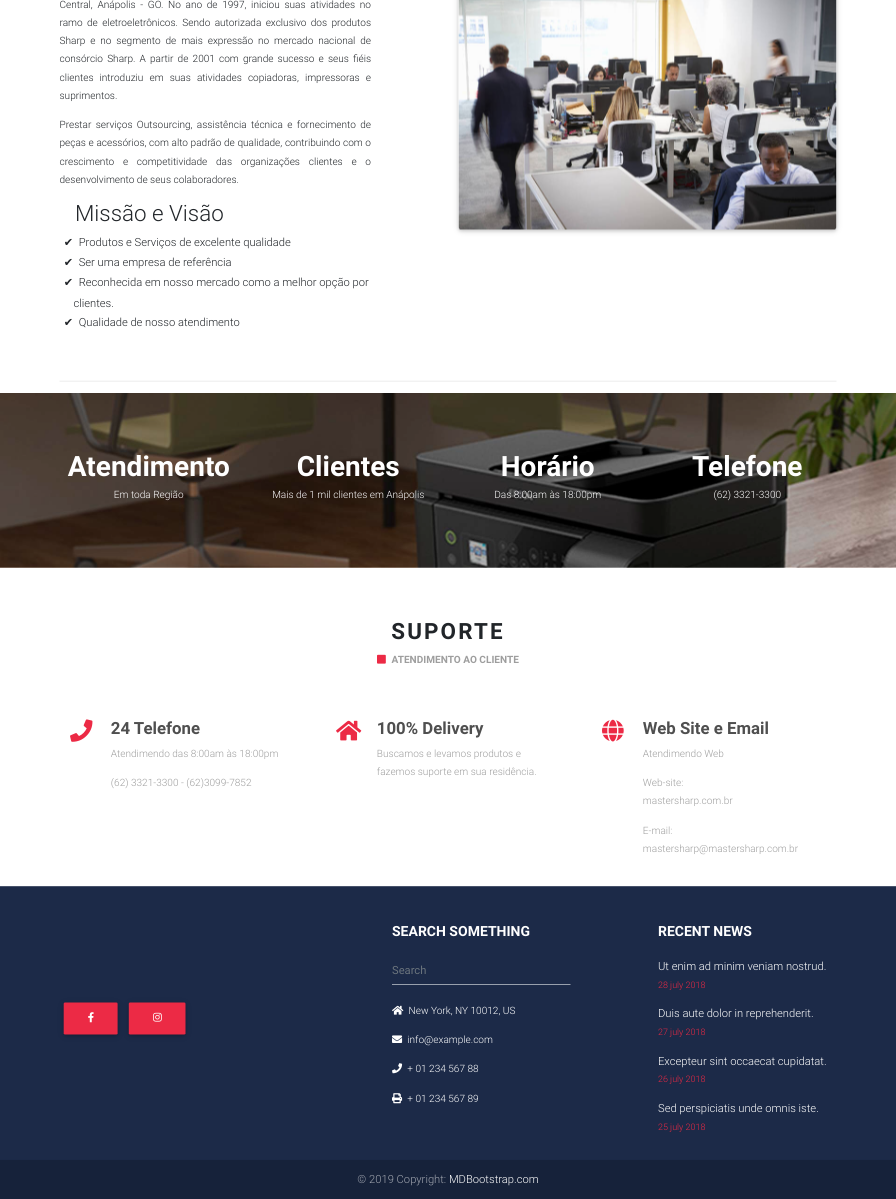
Repository: SalomaoMiguel/mastshap
Page: html/index.html
The author's editor kept a copy of each file at every save. The page is drawn from the files as they stood at one save, then again after a run of saves.
The browser window is 1280 px wide. The pictures show the part of the page from y = 1580 to 3500 px (the page is 3293 px tall before and 3500 px after), at 70% of full size.
Some web libraries are served in a nearby version.

Above is the page before, as saved 2021-02-17 15:32:21.

### html/index.html
<!DOCTYPE html>
<html lang="pt-br">

<head>
  <meta charset="utf-8">
  <meta name="viewport" content="width=device-width, initial-scale=1, shrink-to-fit=no">
  <meta http-equiv="x-ua-compatible" content="ie=edge">
  <title>Master Sharp</title>
  <!-- Font Awesome -->
  <link rel="stylesheet" href="https://use.fontawesome.com/releases/v5.8.2/css/all.css">
  <!-- Bootstrap core CSS -->
  <link href="../css/bootstrap.min.css" rel="stylesheet">
  <!-- Material Design Bootstrap -->
  <link href="../css/mdb.min.css" rel="stylesheet">
  <style>
    html,
        body,
        header,
        .jarallax {
          height: 100%;
        }

        @media (min-width: 560px) and (max-width: 740px) {
          html,
          body,
          header,
          .jarallax {
            height: 500px;
          }
        }

        @media (min-width: 800px) and (max-width: 850px) {
            html,
            body,
            header,
            .jarallax {
              height: 600px;
            }
        }

        @media (min-width: 800px) and (max-width: 850px) {
            .navbar:not(.top-nav-collapse) {
                background: #24355c!important;
            }
            .navbar {
              box-shadow: 0 2px 5px 0 rgba(0,0,0,.16), 0 2px 10px 0 rgba(0,0,0,.12) !important;
            }
        }
    </style>
</head>

<body class="intro-page transport-lp">

  <!--Navigation & Intro-->
  <header>

    <!--Navbar-->
    <nav class="navbar fixed-top navbar-expand-lg navbar-dark scrolling-navbar" style="background-color: #f7f7f7!important;">
      <div class="container">
        <a class="navbar-brand" href="#"><img src="../imga/logo/logomastersharp.png" class="img-fluid  " alt="My photo"></a>
        <button class="navbar-toggler" type="button" data-toggle="collapse" data-target="#navbarSupportedContent"
          aria-controls="navbarSupportedContent" aria-expanded="false" aria-label="Toggle navigation">
          <span class="navbar-toggler-icon"></span>
        </button>
        <div class="collapse navbar-collapse " id="navbarSupportedContent">
          <!--Links-->
          <ul class="navbar-nav mr-auto ml-auto smooth-scroll ">
            <li class="nav-item">
              <a class="nav-link text-muted" href="#home">Início <span class="sr-only">(current)</span></a>
            </li>

            <li class="nav-item">
              <a class="nav-link text-muted" href="#about" data-offset="100">Quem Somos</a>
            </li>
            <li class="nav-item">
              <a class="nav-link text-muted" href="#services" data-offset="30">Soluções</a>
            </li>
            <li class="nav-item">
              <a class="nav-link text-muted" href="#features" data-offset="100">Parceiros</a>
            </li>
            <li class="nav-item">
              <a class="nav-link text-muted" href="#suport" data-offset="100">Suporte</a>
            </li>
            <li class="nav-item">
              <a class="nav-link text-muted" href="#contact" data-offset="30">Contato</a>
            </li>
          </ul>

          <!--Social Icons-->
          <ul class="navbar-nav nav-flex-icons">
            <li class="nav-item">
              <a class="nav-link" href="https://api.whatsapp.com/send?phone=5562991729598&#038;text=Gostaria de informações sobre a Master Sharp" target="_blank" rel="noopener noreferrer"><i class="fab fa-whatsapp text-success"> (62) 99172-9598</i></a>
            </li>
            <li class="nav-item">
              <a class="nav-link" href="https://api.whatsapp.com/send?phone=5562993291564&#038;text=Gostaria de informações sobre a Master Sharp" target="_blank" rel="noopener noreferrer" ><i class="fab fa-whatsapp text-success"> (62) 99329-1564</i></a>
            </li>
          </ul>
        </div>
      </div>
    </nav>
    <!--/Navbar-->

    <!-- Intro Section -->
    <div id="home" class="view jarallax" data-jarallax='{"speed": 0.2}' style="background-image: url('../imga/back/impressorapeople.png'); background-repeat: no-repeat; background-size: cover; background-position: center center;">
      <div class="mask rgba-black-light">
        <div class="container h-100 d-flex justify-content-center align-items-center">
          <div class="row smooth-scroll">
            <div class="col-md-12 white-text text-center">
              <div class="wow fadeInDown" data-wow-delay="0.2s">
                <h1 class="display-4 text-uppercase rgba-black-light px-3 py-2"><strong class="font-weight-bold">Master Sharp sempre inovando.</strong></h1>
                <h5 class="white-text mt-5"></h5>
                <h2 class="white-text text-uppercase h2-responsive font-weight-bold mb-5 mt-4"> Oferecendo assim a melhor solução para redução de custos.</h2>
                <a href="https://api.whatsapp.com/send?phone=5562993291564&#038;text=Gostaria de informações sobre a Master Sharp" target="_blank" rel="noopener noreferrer" data-offset="100" class="btn btn-success btn-rounded"><i class="fab fa-whatsapp text-white" style="font-size: 18px;"> <span class="text-white"> </span></i> &nbsp; Fale conosco</a>
              </div>
            </div>
          </div>
        </div>
      </div>
    </div>

  </header>
  <!--/Navigation & Intro-->

  <!--Main content-->
  <main>

    <!--First container-->
    <div class="container-fluid background-z">
      <div class="container">

        <!--Section: Possibilities-->
        <section class="py-4">

          <!--Secion heading-->
          <h2 id="services" class="text-center text-uppercase font-weight-bold mt-5 pt-4 spacing wow fadeIn" data-wow-delay="0.2s"><strong>Soluções</strong></h2>

          <!--Section description-->
          <p class="text-center text-uppercase font-weight-bold grey-text mb-5 pb-3 wow fadeIn" data-wow-delay="0.2s"><i
              class="fas fa-square red-text-2 mr-2" aria-hidden="true"></i> Nossos Serviços</p>

          <!--First row-->
          <div class="row mb-5 wow fadeIn" data-wow-delay="0.4s">

            <div class="col-lg-3 col-md-6 text-center pt-1">
              <div class="icon-area">
                <div class="circle-icon">
                  <i class="fas fa-print"></i>
                </div>
                <br>
                <strong>Locação de Impressoras</strong>
                <p>Soluções Corporativas em impressão e cópias..</p>
              </div>
            </div>

            <div class="col-lg-3 col-md-6 text-center pt-1">
              <div class="icon-area">
                <div class="circle-icon">
                  <i class="fas fa-print"></i>
                </div>
                <br>
                <strong>Manutenção de Impressoras</strong>
                <p>Equipe de Assistência Técnica altamente qualificada, jovem mas competente e com vasta experiência no seu segmento de atuação.</p>
              </div>
            </div>

            <div class="col-lg-3 col-md-6 text-center pt-1">
              <div class="icon-area">
                <div class="circle-icon">
                  <i class="fas fa-print"></i>
                </div>
                <br>
                <strong>Toners e Recargas</strong>
                <p>Somos especializados em recarga de toners. Oferecemos a sua empresa um serviço de qualidade por um preço acessível.</p>
              </div>
            </div>

            <div class="col-lg-3 col-md-6 text-center pt-1">
              <div class="icon-area">
                <div class="circle-icon">
                  <i class="fas fa-print"></i>
                </div>
                <br>
                <strong>Vendas de Impressoras</strong>
                <p>Sharp, Brother, Samsung, Ricoh, HP, Epson e muito mais. Impressoras de varios modelos.</p>
              </div>
            </div>

          </div>
          <!--/First row-->

        </section>
        <!--/Section: Possibilities-->

      </div>
    </div>
    <!--/First container-->

    <!--Second container-->
    <div class="container">

      <!--Section: About-->
      <section id="about" class="about my-5">

        <!--Secion heading-->
        <h2 class="text-center text-uppercase font-weight-bold mt-5 pt-4 pt-4 spacing wow fadeIn" data-wow-delay="0.2s"><strong>Quem Somos</strong></h2>

        <!--Section description-->
        <p class="text-center text-uppercase font-weight-bold grey-text mb-5 pb-3 wow fadeIn" data-wow-delay="0.2s"><i
            class="fas fa-square red-text-2 mr-2" aria-hidden="true"></i>A Master Sharp</p>

        <!--First row-->
        <div class="row">

          <!--First column column-->
          <div class="col-xl-5 col-lg-6 pb-1 wow fadeIn" data-wow-delay="0.4s">

            <!--Description-->
            <p align="justify">A Master Sharp, situada na Rua Quinze de Dezembro n 638 - Setor Central, Anápolis - GO. No ano de 1997, iniciou suas atividades no ramo de eletroeletrônicos. Sendo autorizada exclusivo dos produtos Sharp e no segmento de mais expressão no mercado nacional de consórcio Sharp. A partir de 2001 com grande sucesso e seus fiéis clientes introduziu em suas atividades copiadoras, impressoras e suprimentos.
            </p>

            <p align="justify">Prestar serviços Outsourcing, assistência técnica e fornecimento de peças e acessórios, com alto padrão de qualidade, contribuindo com o crescimento e competitividade das organizações clientes e o desenvolvimento de seus colaboradores.</p>

            <ul>
              <h2> Missão e Visão</h2>
              <li>Produtos e Serviços de excelente qualidade</li>
              <li>Ser uma empresa de referência</li>
              <li>Reconhecida em nosso mercado como a melhor opção por clientes.</li>
              <li>Qualidade de nosso atendimento</li>
            </ul>

          </div>
          <!--/First column-->

          <!--Column column-->
          <div class="col-xl-6 ml-lg-auto col-lg-6 mb-5 wow fadeIn" data-wow-delay="0.4s">

            <!--Image-->
            <img src="../imga/back/officess.jpg" class="img-fluid rounded z-depth-1"
              alt="My photo">

          </div>
          <!--/Column column-->

        </div>
        <!--/First row-->

      </section>
      <!--/Section: About-->

      <hr>

      <!--Section: Services-->

      <!--/Section: Services-->

    </div>
    <!--/Second container-->

    <!--Streak-->
    <div class="streak streak-photo" style="background-image:url('../imga/back/epson.jpg')">
      <div class="mask flex-center rgba-black-light">
        <div class="container">

          <!--First row -->
          <div class="row text-white text-center wow fadeIn" data-wow-delay="0.2s">

            <!--First column -->
            <div class="col-md-3 mb-2">
              <h1 class="white-text mb-1 font-weight-bold"><strong>Atendimento</strong></h1>
              <p>Em toda Região</p>
            </div>
            <!-- First column -->

            <!--Second column -->
            <div class="col-md-3 mb-2">
              <h1 class="white-text mb-1 font-weight-bold"><strong>Clientes</strong></h1>
              <p>Mais de 1 mil clientes em Anápolis</p>
            </div>
            <!-- Second column -->

            <!--Third column -->
            <div class="col-md-3 mb-2">
              <h1 class="white-text mb-1 font-weight-bold"><strong>Horário</strong></h1>
              <p>Das 8:00am às 18:00pm</p>
            </div>
            <!-- Third column -->

            <!--Fourth column -->
            <div class="col-md-3">
              <h1 class="white-text mb-1 font-weight-bold"><strong>Telefone</strong></h1>
              <p>(62) 3321-3300</p>
            </div>
            <!-- Fourth column -->

          </div>
          <!-- First row -->
        </div>
      </div>
    </div>
    <!--/Streak-->

    <!--Third container-->
    <div class="container">

      <!--Section: Features v.4-->
      <section id="suport" class="feature-box">

        <!--Secion heading-->
        <h2 class="text-center text-uppercase font-weight-bold mt-5 pt-4 spacing wow fadeIn" data-wow-delay="0.2s"><strong>Suporte</strong></h2>

        <!--Section description-->
        <p class="text-center text-uppercase font-weight-bold grey-text mb-5 wow fadeIn" data-wow-delay="0.2s"><i class="fas fa-square red-text-2 mr-2"
            aria-hidden="true"></i>Atendimento ao cliente</p>

        <!--Grid row-->
        <div class="row features-small pt-4">

          <!--Grid column-->
          <div class="col-md-4 mb-4">
            <div class="col-1 col-md-2 float-left">
              <i class="fas fa-phone red-text-2 fa-2x"></i>
            </div>
            <div class="col-10 col-md-9 col-lg-10 float-right">
              <h4 class="font-weight-bold dark-grey-text">24 Telefone </h4>
              <p class="grey-text"> Atendimendo das 8:00am às 18:00pm</p>
              <p class="grey-text"> (62) 3321-3300 - (62)3099-7852</p>
            </div>
          </div>
          <!--Grid column-->

          <!--Grid column-->
          <div class="col-md-4 mb-4">
            <div class="col-1 col-md-2 float-left">
              <i class="fas fa-home red-text-2 fa-2x"></i>
            </div>
            <div class="col-10 col-md-9 col-lg-10 float-right">
              <h4 class="font-weight-bold dark-grey-text">100% Delivery</h4>
              <p class="grey-text"> Buscamos e levamos produtos e fazemos suporte em sua residência.</p>
            </div>
          </div>
          <!--Grid column-->

          <!--Grid column-->
          <div class="col-md-4 mb-4">
            <div class="col-1 col-md-2 float-left">
              <i class="fas fa-globe red-text-2 fa-2x"></i>
            </div>
            <div class="col-10 col-md-9 col-lg-10 float-right">
              <h4 class="font-weight-bold dark-grey-text">Web Site e  Email</h4>
              <p class="grey-text">Atendimendo Web</p>
              <p class="grey-text">Web-site:&emsp;&emsp;&emsp;&emsp;&emsp;&emsp;mastersharp.com.br</p>
              <p class="grey-text">E-mail: mastersharp@mastersharp.com.br</p>
            </div>
          </div>
          <!--Grid column-->

        </div>
        <!--Grid row-->

      </section>
      <!--/Section: Features v.4-->

    </div>
    <!--/Third container-->

    <!--Fourth container-->

    <!--/Fourth container-->

    <!--Fifth container-->

    <!--/Fifth container-->

  </main>
  <!--/Main content-->

  <!--Footer-->
  <footer class="page-footer mdb-color darken-3 text-center text-md-left pt-5">

    <!--Footer Links-->
    <div class="container mb-3">

      <!--First row-->
      <div class="row">

        <!--First column-->
        <div id="contact" class="col-md-4 mt-1 mb-1 wow fadeIn" data-wow-delay="0.3s" >
          <!--About-->
          <h5 class="title mb-4 font-weight-bold"></h5>

          <p>&emsp;</p>

          <p>&emsp;</p>
          <!--/About -->

          <div class="footer-socials mt-2 mr-md-auto ml-md-auto">
            <!--Facebook-->
            <a    href="https://www.facebook.com/mastersharp.aps/"  type="button" class="btn  btn-danger-2"><i class="fab fa-facebook-f"></i></a>
            <!--Dribbble-->
            <a  href="https://www.instagram.com/master.sharp/" type="button" class="btn  btn-danger-2"><i class="fab fa-instagram"></i></a>
          </div>
        </div>
        <!--/First column-->

        <hr class="w-100 clearfix d-md-none">

        <!--Second column-->
        <div class="col-lg-3 ml-lg-auto col-md-4 mt-1 mb-1 wow fadeIn" data-wow-delay="0.3s">
          <!--Search-->
          <h5 class="text-uppercase mb-4 font-weight-bold">Search something</h5>

          <ul class="footer-search list-unstyled">
            <li>
              <form class="search-form" role="search">
                <div class="md-form">
                  <input type="text" class="form-control" placeholder="Search">
                </div>
              </form>
            </li>
          </ul>

          <!--Info-->
          <p><i class="fas fa-home pr-1"></i> New York, NY 10012, US</p>
          <p><i class="fas fa-envelope pr-1"></i> info@example.com</p>
          <p><i class="fas fa-phone pr-1"></i> + 01 234 567 88</p>
          <p><i class="fas fa-print pr-1"></i> + 01 234 567 89</p>

        </div>
        <!--/Second column-->

        <hr class="w-100 clearfix d-md-none">

        <!--Third column-->
        <div class="col-lg-3 ml-lg-auto col-md-4 mt-1 mb-1 wow fadeIn" data-wow-delay="0.3s">
          <!--Contact-->
          <h5 class="text-uppercase mb-4 font-weight-bold">Recent news</h5>

          <ul class="footer-posts list-unstyled">
            <li><a>Ut enim ad minim veniam nostrud.</a><span>
                <p class="red-text-2 font-small">28 july 2018</p>
              </span></li>
            <li><a>Duis aute dolor in reprehenderit.</a><span>
                <p class="red-text-2 font-small">27 july 2018</p>
              </span></li>
            <li><a>Excepteur sint occaecat cupidatat.</a><span>
                <p class="red-text-2 font-small">26 july 2018</p>
              </span></li>
            <li><a>Sed perspiciatis unde omnis iste.</a><span>
                <p class="red-text-2 font-small">25 july 2018</p>
              </span></li>
          </ul>

        </div>
        <!--/Third column-->

      </div>
      <!--/First row-->

    </div>
    <!--/Footer Links-->

    <!--Copyright-->
    <div class="footer-copyright py-3 text-center">
      <div class="container-fluid">
        © 2019 Copyright: <a href="https://mdbootstrap.com/education/bootstrap/" target="_blank"> MDBootstrap.com </a>
      </div>
    </div>
    <!--/Copyright-->

  </footer>
  <!--/Footer-->


  <!-- SCRIPTS -->

  <!-- JQuery -->
  <script type="text/javascript" src="../js/jquery-3.4.1.min.js"></script>

  <!-- Bootstrap tooltips -->
  <script type="text/javascript" src="../js/popper.min.js"></script>

  <!-- Bootstrap core JavaScript -->
  <script type="text/javascript" src="../js/bootstrap.min.js"></script>

  <!-- MDB core JavaScript -->
  <script type="text/javascript" src="../js/mdb.min.js"></script>

  <script>
    //Animation init
    new WOW().init();

  </script>

</body>

</html>

Loaded but not shown: css/bootstrap.min.css (library); css/mdb.min.css (library); js/jquery-3.4.1.min.js (library); js/popper.min.js (library); js/bootstrap.min.js (library); js/mdb.min.js (library)

After the next 2 saves:
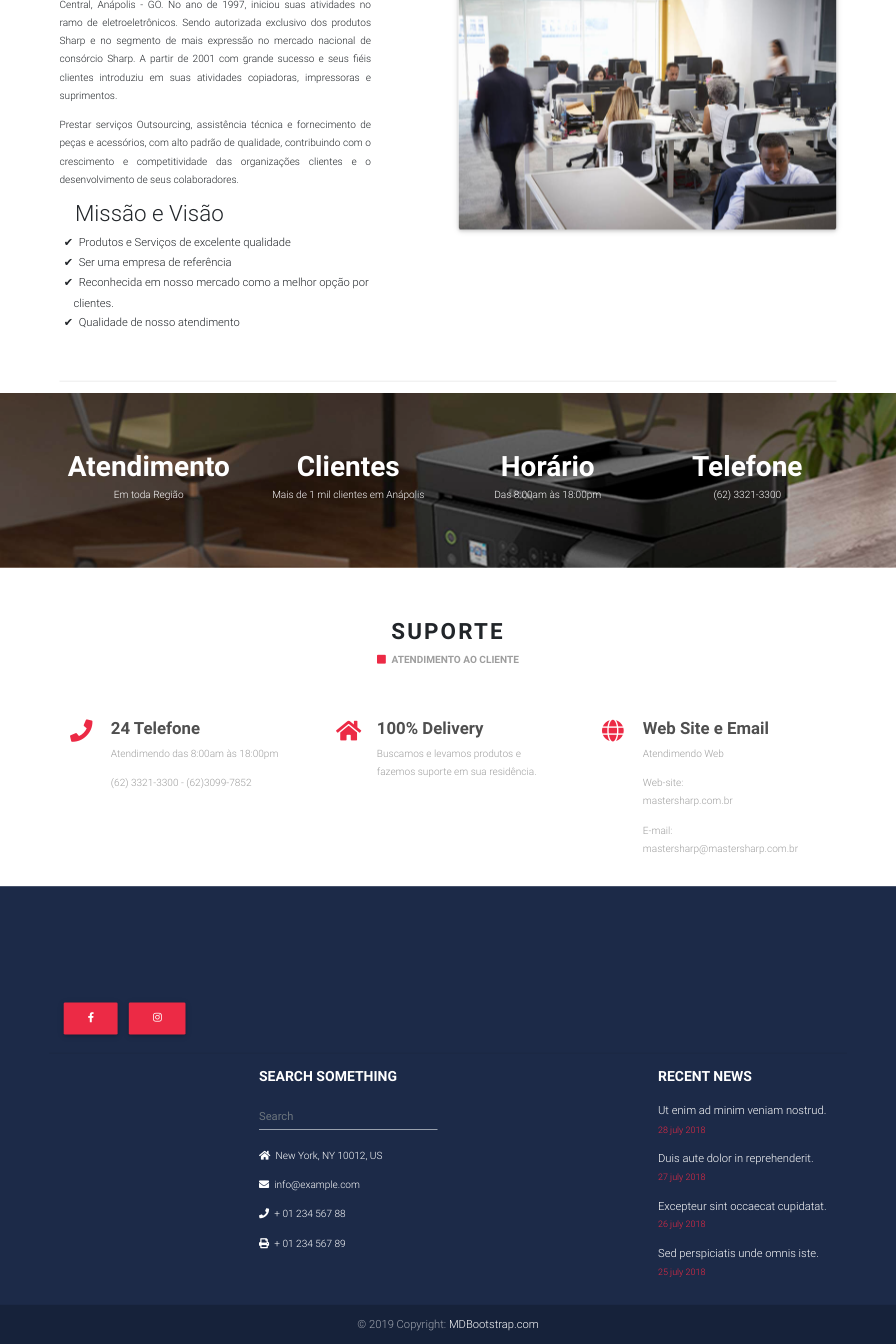
The 2 saves are shown as one change because they came seconds apart.
The last was saved 17 s later.
--- a/html/index.html
+++ b/html/index.html
@@ -402,7 +402,7 @@
         </div>
         <!--/First column-->
 
-        <hr class="w-100 clearfix d-md-none">
+        <hr class="w-100 clearfix d-md-auto">
 
         <!--Second column-->
         <div class="col-lg-3 ml-lg-auto col-md-4 mt-1 mb-1 wow fadeIn" data-wow-delay="0.3s">

After the 3 saves that followed:
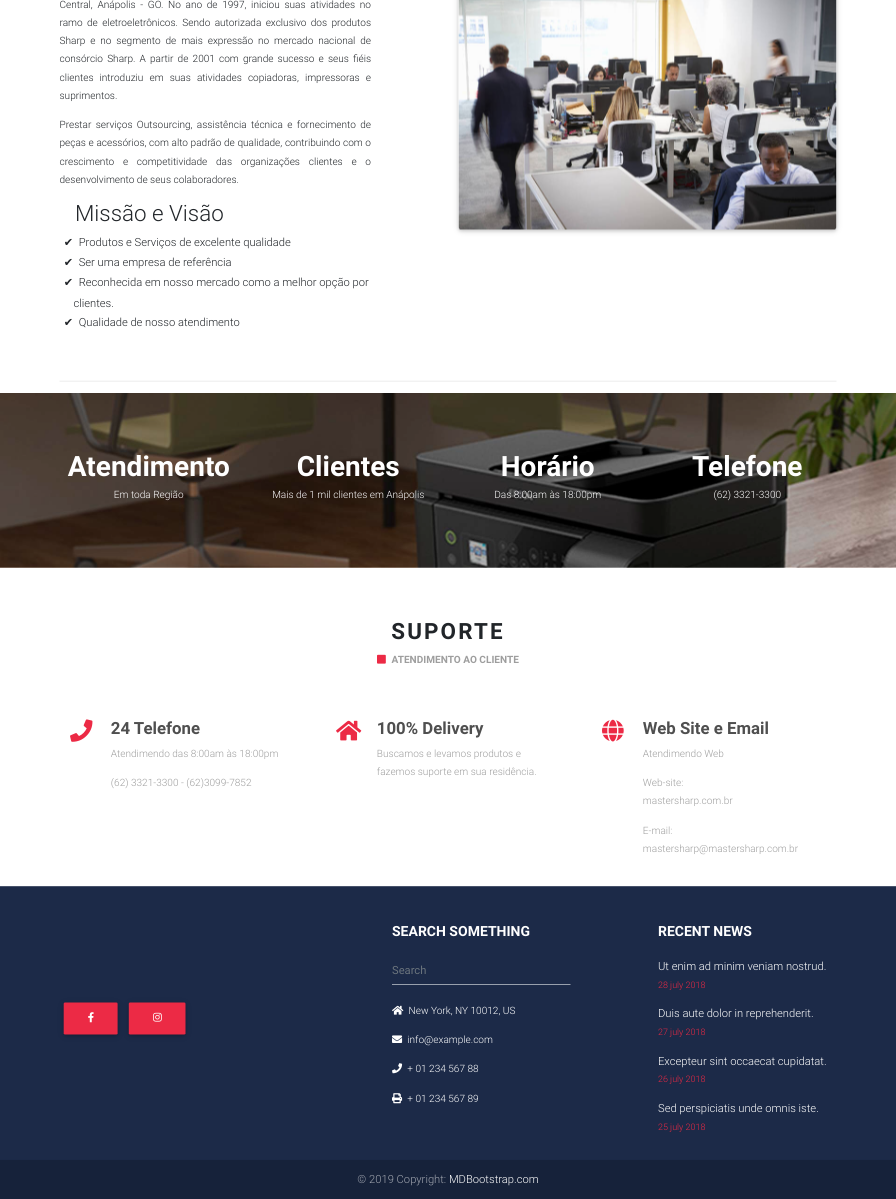
The 3 saves are shown as one change because they came seconds apart.
The last was saved 11 s later.
--- a/html/index.html
+++ b/html/index.html
@@ -402,7 +402,7 @@
         </div>
         <!--/First column-->
 
-        <hr class="w-100 clearfix d-md-auto">
+        <hr class="w-100 clearfix d-md-none">
 
         <!--Second column-->
         <div class="col-lg-3 ml-lg-auto col-md-4 mt-1 mb-1 wow fadeIn" data-wow-delay="0.3s">
